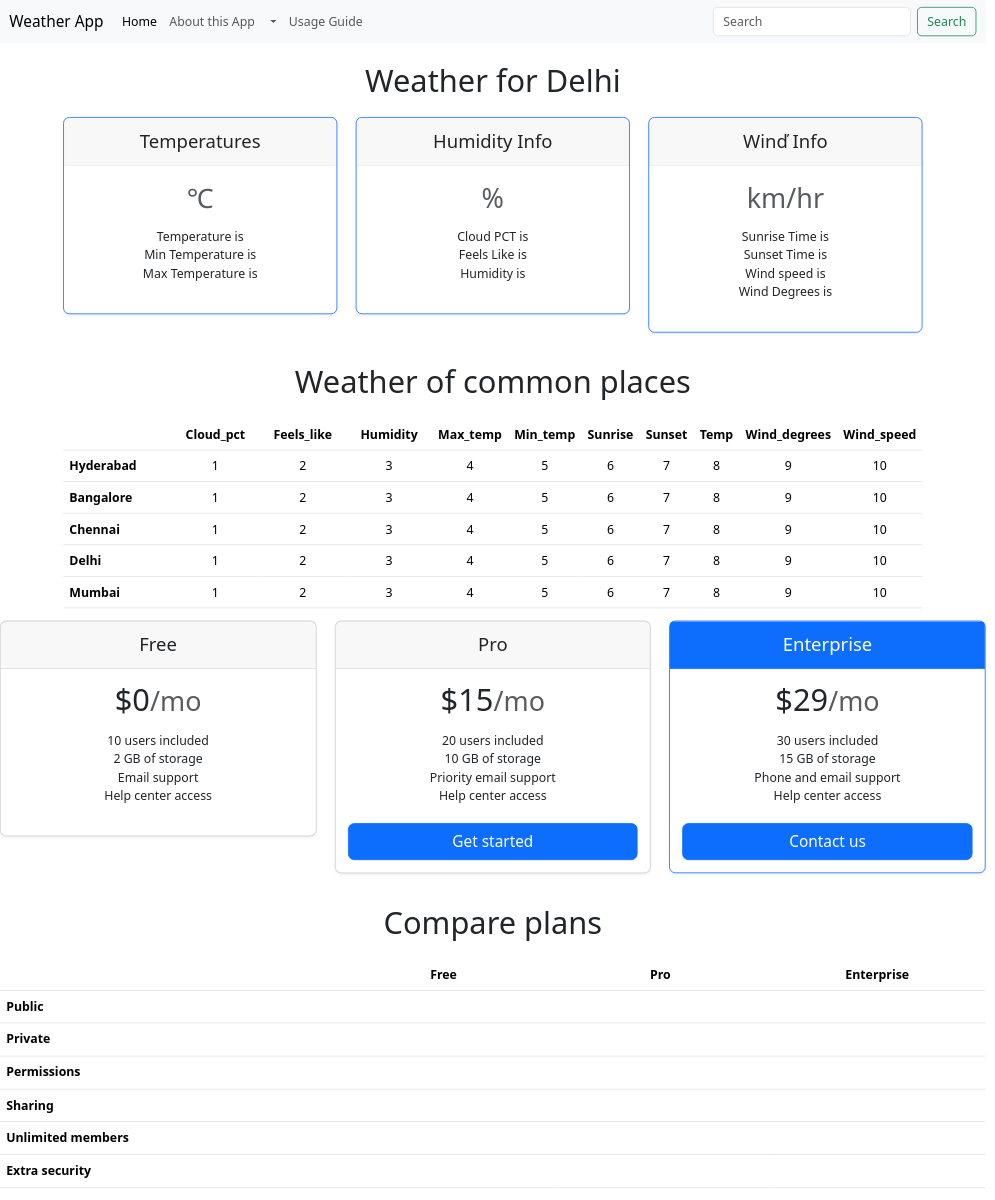
Repository: Abhilash2909/weather
Page: index.html
The author's editor kept a copy of each file at every save. The page is drawn from the files as they stood at one save, then again after the next save.
The browser window is 1280 px wide. The page is 1292 px wide, so the pictures cover 1292 px, including what lies to the right of the window. The pictures show the whole page, at 77% of full size.
The page's requests for data from a server got no answer.

Above is the page before, as saved 2024-02-11 17:03:29.

After the next save:
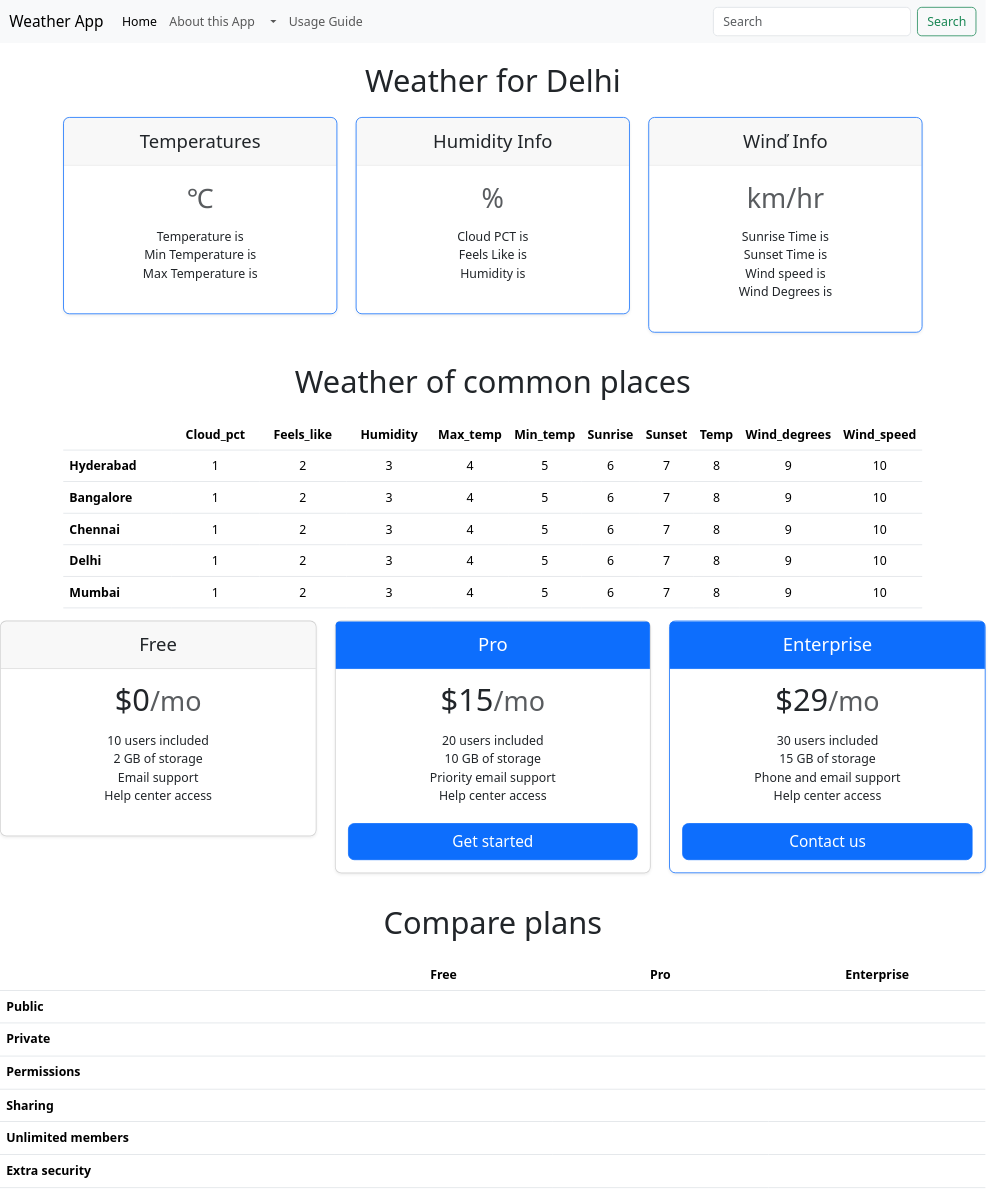
Saved 52 s later.
--- a/index.html
+++ b/index.html
@@ -217,7 +217,7 @@
     </div>
     <div class="col">
       <div class="card mb-4 rounded-3 shadow-sm">
-        <div class="card-header py-3">
+        <div class="card-header py-3 text-bg-primary border-primary">
           <h4 class="my-0 fw-normal">Pro</h4>
         </div>
         <div class="card-body">
